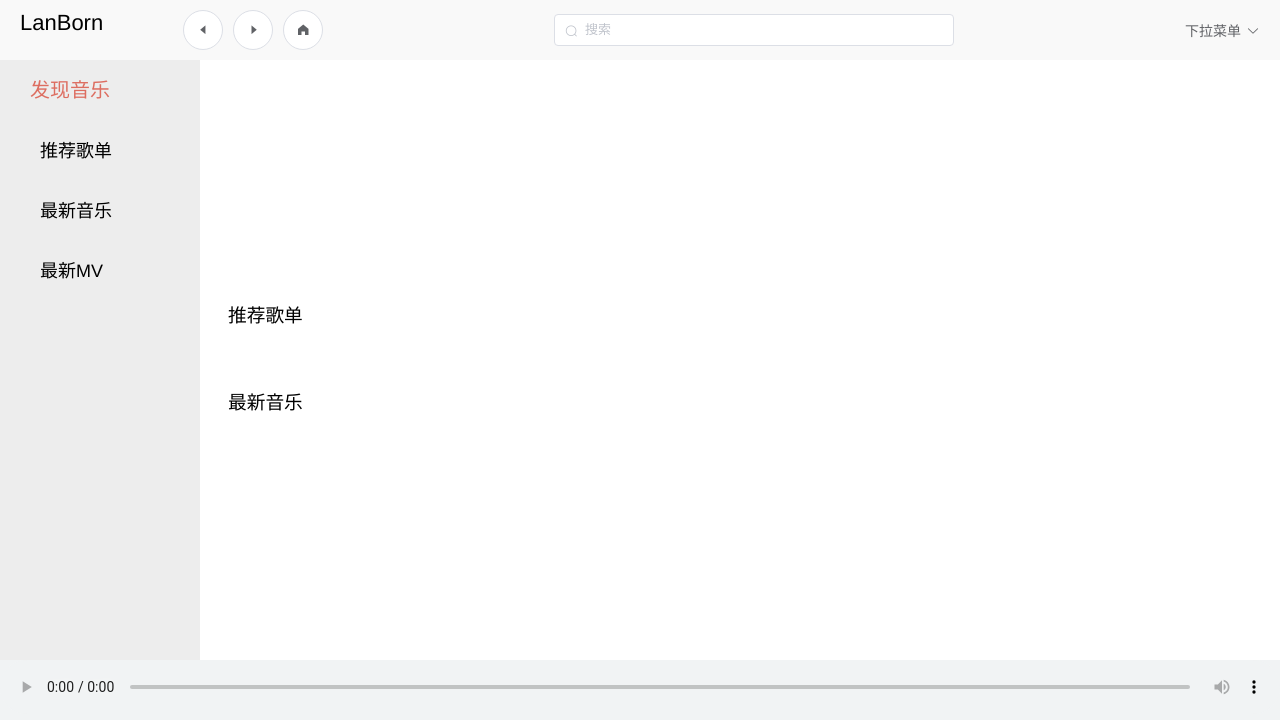
Repository: Lanborn/cloud_music
Page: /
An editor plug-in stored every save of this project. The page is shown before and after a run of saves, followed by the edit.
The browser window is 1280 px wide. The pictures show the whole page.
The page's requests for data from a server got no answer. An inner scrolling area shows only its first screen. The project was rebuilt for these pictures with package versions that can differ from the ones it lists, and the page was loaded fresh each time. No one was signed in, and anything a server would have sent is missing. Also part of the build but not shown: vue.config.js, src/components/playlists.vue, src/components/songs.vue, src/components/mvs.vue, src/components/result.vue, src/components/playlist.vue, src/components/mv.vue.

Above is the page before, as saved 2021-12-11 00:31:42.

### src/views/top.vue
<template>
  <div class="top-container">
    <div class="left-box">
      <div class="icon-wrapper">
        <el-tooltip class="item" :enterable="false" effect="dark" content="去主页：lanborn.github.io/Vueprs/" placement="right">
          <!-- <img src="" alt=""> -->
          <a class="el-tooltip item" href="https://lanborn.github.io/Vueprs/">LanBorn</a>
        </el-tooltip>
      </div>
      <div class="history-wrapper">
        <el-button @click="backLast" icon="el-icon-caret-left" circle></el-button>
        <el-button @click="preForWard" icon="el-icon-caret-right" circle></el-button>
        <el-button @click="goHome" icon="el-icon-s-home" circle></el-button>
      </div>
    </div>
    <div class="center-box">
        <div class="el-input el-input--small el-input--prefix">
          <input
            type="text"
            autocomplete="on"
            placeholder="搜索"
            class="el-input__inner"
            @keyup.enter="toResult"
            v-model="inputValue"
          />
          <span class="el-input__prefix">
            <i class="el-input__icon el-icon-search"></i>
          </span>
          <ul class="list-group">
            <li v-for="(item,index) in songList" :key="index" class="list-group-item">
              <label for="songName">
                {{item.alias[0]}}
              </label>
            </li>
          </ul>
      </div>
    </div>
    <div class="right-box">
        <el-dropdown>
          <span class="el-dropdown-link">
            下拉菜单<i class="el-icon-arrow-down el-icon--right"></i>
          </span>
        </el-dropdown>
      </div>
  </div>
</template>

<script>
import axios from 'axios'
export default {
  name: 'top',
  data() {
    return {
      query: '',
      inputValue : '',
      songList : [],
      time : '',
    }
  },
  // 这个地方要实现跟百度搜索一样的功能
  // updated : {
  //   time : setTimeout(() => {
  //     axios({
  //       url : 'https://autumnfish.cn/search',
  //       withCredentials : true,
  //       methods : 'get',
  //       params : {
  //         keywords : this.inputValue,
  //         limit : 6
  //       }
  //     }).then(
  //       res => {
  //         clearContent();
  //         this.songList = res.data.result.songs
  //       }
  //     )
  //   }, 800)
  // },
  methods: {
    toResult(){
      if(!this.inputValue){
        this.$message.warning('请输入内容')
      }else{
        // 跳转到搜索页并携带数据进行跳转
        this.$router.push('/result?q='+this.inputValue)
      }
    },
    backLast(){
      this.$router.back()
    },
    preForWard(){
      this.$router.forward()
    },
    goHome(){
      this.$router.push({
        name:'discovery'
      })
    }
  },
}
</script>

<style scoped>
.top-container {
  padding: 0;
  padding-right: 20px;
  display: flex;
  justify-content: space-between;
  align-items: center;
}
.center-box {
  flex-basis: 400px;
}
.left-box {
  margin-left: 20px;
  position: relative;
  text-align: center;
  font-size: 22px;
  color: black;
}
.left-box a {
  position: ;
  font-size: 22px;
  color: black;
}

</style>

### src/views/index.vue
<template>
  <div class="index-container">
    <!-- 左侧导航区 -->
    <div class="nav">
      <ul>
        <li>
          <routerLink to="/discovery">
            <span class="iconfont icon-find-music">发现音乐</span>
          </routerLink>
        </li>
        <li>
          <router-link to="/playlists">
            <span class="iconfont icon-music-list"></span>
            推荐歌单
          </router-link>
        </li>
        <li>
          <router-link to="/songs">
            <span class="iconfont icon-music"></span>
            最新音乐
          </router-link>
        </li>
        <li>
          <router-link to="/mvs">
            <span class="iconfont icon-mv"></span>
            最新MV
          </router-link>
        </li>
      </ul>
    </div>
    <!-- 主体区域 -->
    <div class="main">
      <router-view></router-view>
    </div>
    <!-- 播放标签 -->
    <div class="player">
      <!-- autoplay 自动播放 -->
      <audio crossOrigin="anonymous" :src="musicUrl" controls autoplay></audio>
    </div>
  </div>
</template>

<script>

export default {
  name: 'index',
  data() {
    return {
      musicUrl:""
    };
  },
  methods: {
    getUrl(data){
      console.log(data)
      this.$nextTick(function () {
        this.musicUrl = data
      });
    }
  },
  mounted(){
    this.$bus.$on('getYy',this.getUrl)
  },
}
</script>

<style>
</style>

### src/components/discovery.vue
<template>
  <div class="discovery-container">
    <!-- 轮播图 -->
    <el-carousel class="" :interval="4000" type="card">
      <!-- 循环获取到的接口数据 -->
      <el-carousel-item v-for="(item, index) in banners" :key="index">
        <img :src="item.imageUrl" alt="" />
      </el-carousel-item>
    </el-carousel>
    <!-- 推荐歌单 -->
    <div class="recommend">
      <h3 class="title">
        推荐歌单
      </h3>
      <div class="items">
        <div class="item" v-for="(item, index) in list" :key="index" @click="toPlayList(item.id)">
          <router-link to="/playlist">
                  <div class="img-wrap">
                    <div class="desc-wrap">
                      <span class="desc">{{ item.copywriter }}</span>
                    </div>
                    <img :src="item.picUrl" alt="" />
                    <span class="iconfont icon-play"></span>
                    <router-link to="/playlist"></router-link>
                  </div>
          </router-link>
          <p class="name">{{ item.name }}</p>
        </div>
      </div>
    </div>
    <!-- 最新音乐 -->
    <div class="news">
      <h3 class="title">
        最新音乐
      </h3>
      <div class="items">
        <div class="item" v-for="(item, index) in songs" :key="index">
          <div class="img-wrap">
            <!-- 封面 -->
            <img :src="item.picUrl" alt="" />
            <span @click="playMusic(item.id)" class="iconfont icon-play"></span>
          </div>
          <div class="song-wrap">
            <!-- 歌名 -->
            <div class="song-name">{{ item.name }}</div>
            <!-- 歌手名 -->
            <div class="singer">{{ item.song.artists[0].name }}</div>
          </div>
        </div>
      </div>
    </div>
    <!-- 推荐MV -->
    <div class="mvs">
      <h3 class="title">推荐MV</h3>
      <div class="items">
        <div class="item" @click="toMV(item.id)" v-for="(item,index) in mvs" :key="index">
          <div class="img-wrap">
            <img :src="item.picUrl" alt="" />
            <span class="iconfont icon-play"></span>
            <div class="num-wrap">
              <div class="iconfont icon-play"></div>
              <!-- 播放次数 -->
              <div class="num">{{ item.playCount }}</div>
            </div>
          </div>
          <div class="info-wrap">
            <!-- mv名 -->
            <div class="name">{{ item.name }}</div>
            <!-- 歌手名 -->
            <div class="singer">{{ item.artistName }}</div>
          </div>
        </div>
      </div>
    </div>
  </div>
</template>

<script>
  // 导入 axios
  import axios from 'axios'
  export default {
    name: 'discovery',
    data() {
      return {
        // 轮播图
        banners: [],
        // 推荐歌单
        list: [],
        // 最新音乐
        songs: [],
        // 推荐mv
        mvs:[]
      }
    },
    created() {
      // console.log('created')
      // 轮播图接口
      axios({
        url: 'https://autumnfish.cn/banner',
        // withCredentials: true, //关键
        method: 'get'
      }).then(res => {
        // console.log(res)
        this.banners = res.data.banners
      })

      // 推荐歌单
      axios({
        url: 'https://netease-cloud-music-api-blond-iota.vercel.app/personalized',
        // url : '/personalized',
        withCredentials: true,
        method: 'get',
        params: {
          // 获取的数据量
          limit: 10
        }
      }).then(res => {
        console.log('推荐歌单')
        console.log(res)
        this.list = res.data.result
      })

      // 最新音乐
      axios({
        url: 'https://autumnfish.cn/personalized/newsong',
        params : {
          limit : 10
        },
        method: 'get'
      }).then(res => {
        // console.log(res)
        this.songs = res.data.result
      })

      // 最新mv
      axios({
        url: 'https://autumnfish.cn/personalized/mv',
        method: 'get'
      }).then(res => {
        // console.log(res)
        this.mvs = res.data.result
      })
    },
    methods: {
      playMusic(id) {
        // console.log(id)
        axios({
          // url : 'https://netease-cloud-music-api-blond-iota.vercel.app/song/url',
          url: '/song/url',
          // withCredentials: true, //关键
          method: 'get',
          params: {
            id
          }
        }).then(res => {
          console.log(res)
          // console.log(this.$parent)
          let url = res.data.data[0].url
          console.log(url)
          this.$bus.$emit('getYy', url);

          // this.$parent.musicUrl = url

        },err=>{
          console.log(err)
        })
      },
      toPlayList(id) {
        console.log(id)
        this.$router.push(`/playlist?q=${id}`)
      },
      toMV(id){
        console.log(id)
        this.$router.push(`/mv??q=${id}`)
      }
    }
  }
</script>

<style lang="less" scoped>

</style>

Loaded but not shown: public/index.html (common file); src/main.js (common file); src/App.vue (common file); src/router/index.js (63 lines, source omitted); src/assets/index.css (1393 lines, source omitted)

After the next 3 saves:
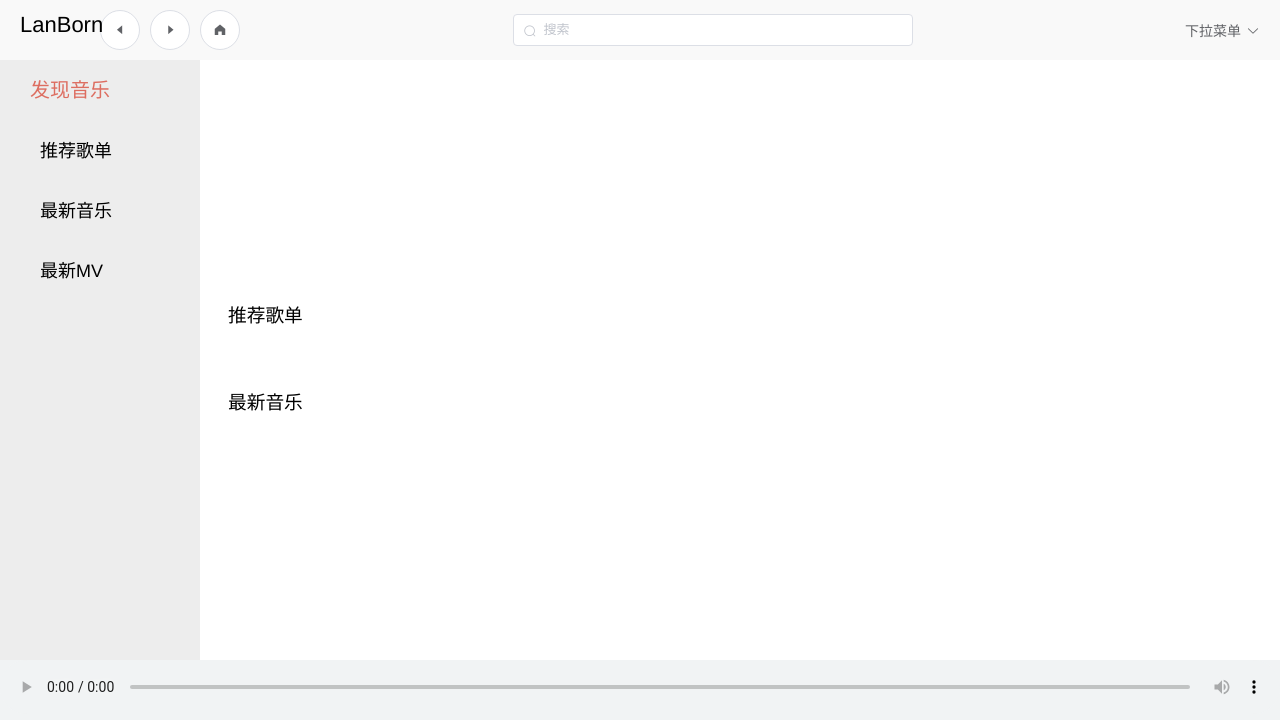
The 3 saves are shown as one change because they came seconds apart.
The last was saved 9 s later.
--- a/src/views/top.vue
+++ b/src/views/top.vue
@@ -119,7 +119,8 @@ export default {
   color: black;
 }
 .left-box a {
-  position: ;
+  position: absolute;
+  top: 5%;
   font-size: 22px;
   color: black;
 }
